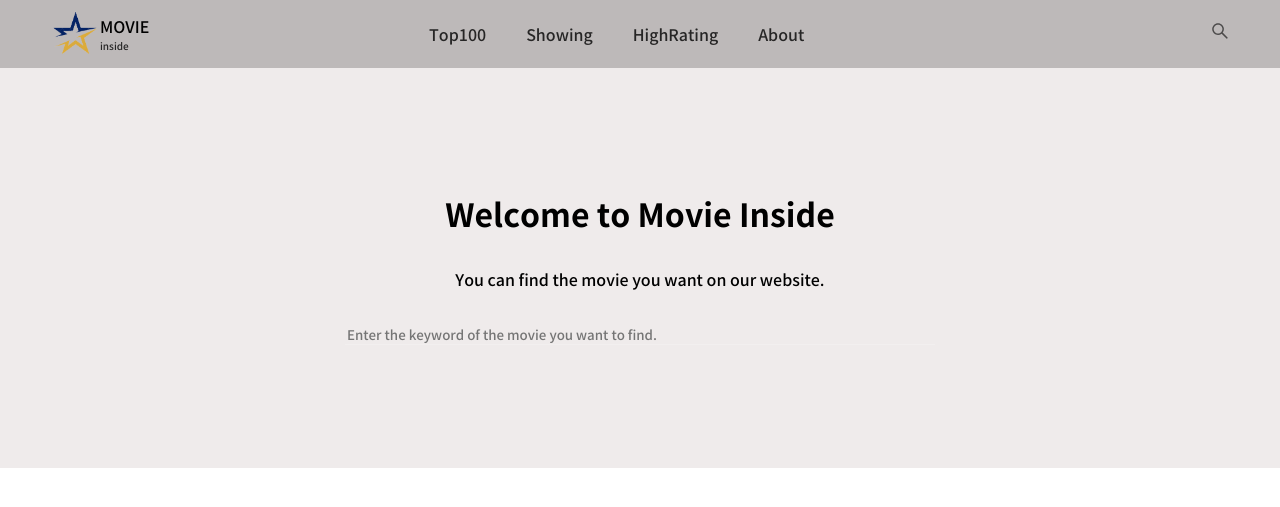
Repository: yangddoddi/Movie-Inside
Page: /
An editor plug-in stored every save of this project. The page is shown before and after a run of saves, followed by the edit.
The browser window is 1280 px wide. The pictures show the whole page.
The project was rebuilt for these pictures with package versions that can differ from the ones it lists, and the page was loaded fresh each time. Also part of the build but not shown: src/App.css, src/routes/Detail.js.

Above is the page before, as saved 2022-05-02 18:44:54.

After the next 4 saves:
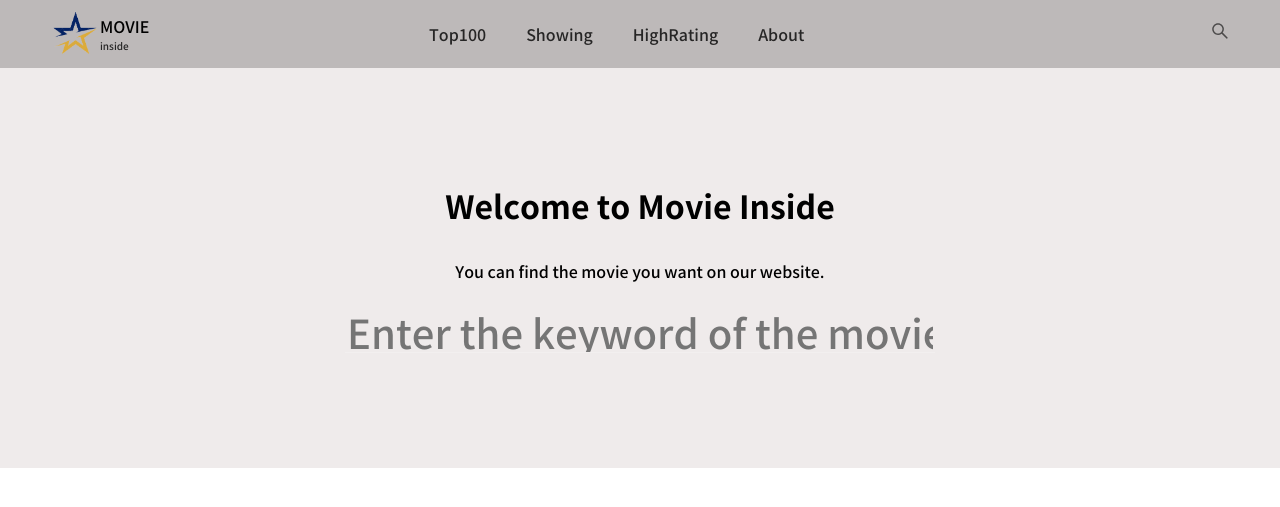
The 4 saves are shown as one change because they came seconds apart.
The last was saved 15 s later.
--- a/src/components/Main/Jumbotron.module.scss
+++ b/src/components/Main/Jumbotron.module.scss
@@ -23,9 +23,10 @@
 
     input {
         border: none;
+        font-size: 40px;
         border-bottom: 1px solid rgba(255,255,255,0.2);
         background-color: transparent;
         width: 50%;
-        height: 20px;
+        height: 40px;
     }
 }
